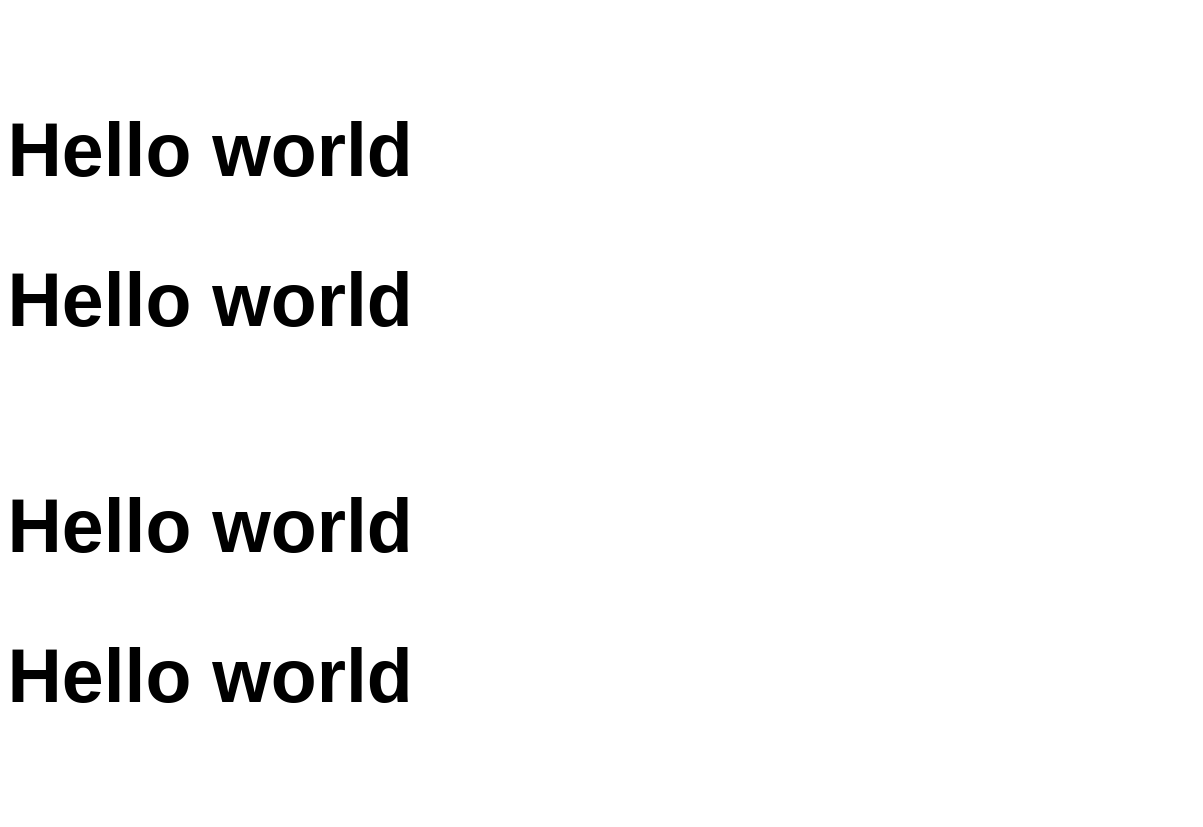
Repository: PareutPareut/frontend
Page: markDowns/htmlCssStudy/exRUN.html
An editor plug-in stored every save of this project. The page is shown before and after the next save, followed by the edit.
The browser window is 1280 px wide. The pictures show the whole page, at 94% of full size.

Above is the page before, as saved 2023-11-30 17:03:15.

After the next save:
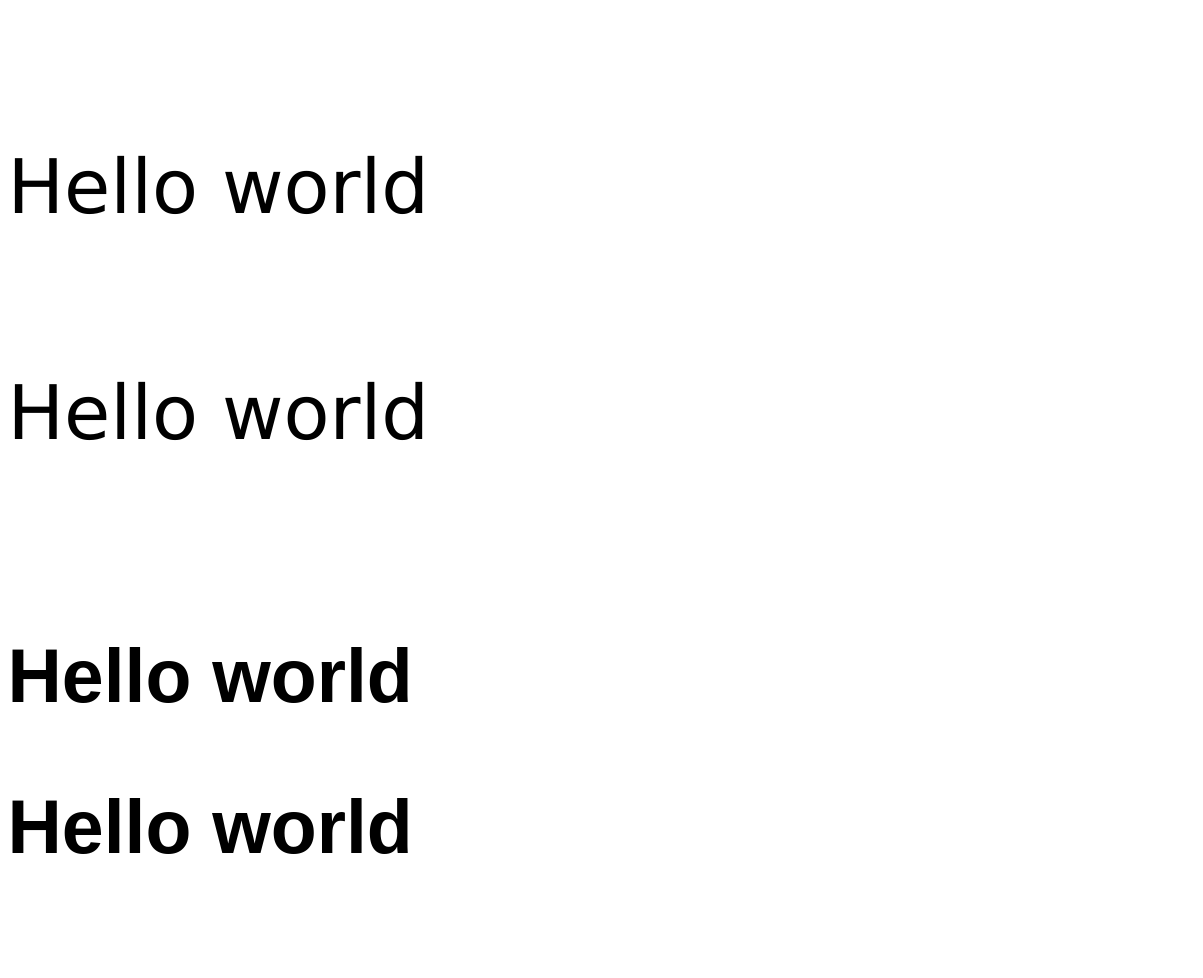
Saved 21 s later.
--- a/markDowns/htmlCssStudy/exRUN.html
+++ b/markDowns/htmlCssStudy/exRUN.html
@@ -4,9 +4,9 @@
     <style>
       #type1{
         font-size:5rem;
-        font-family: arial, verdana, sans-serif;
-        font-weight: bold;
-        line-height: 2;
+        font-family: verdana, sans-serif;
+
+        line-height: 3;
       }
       #type2{
         font:bold 5rem/2 arial, verdana, "Helvetica Neue", serif;
